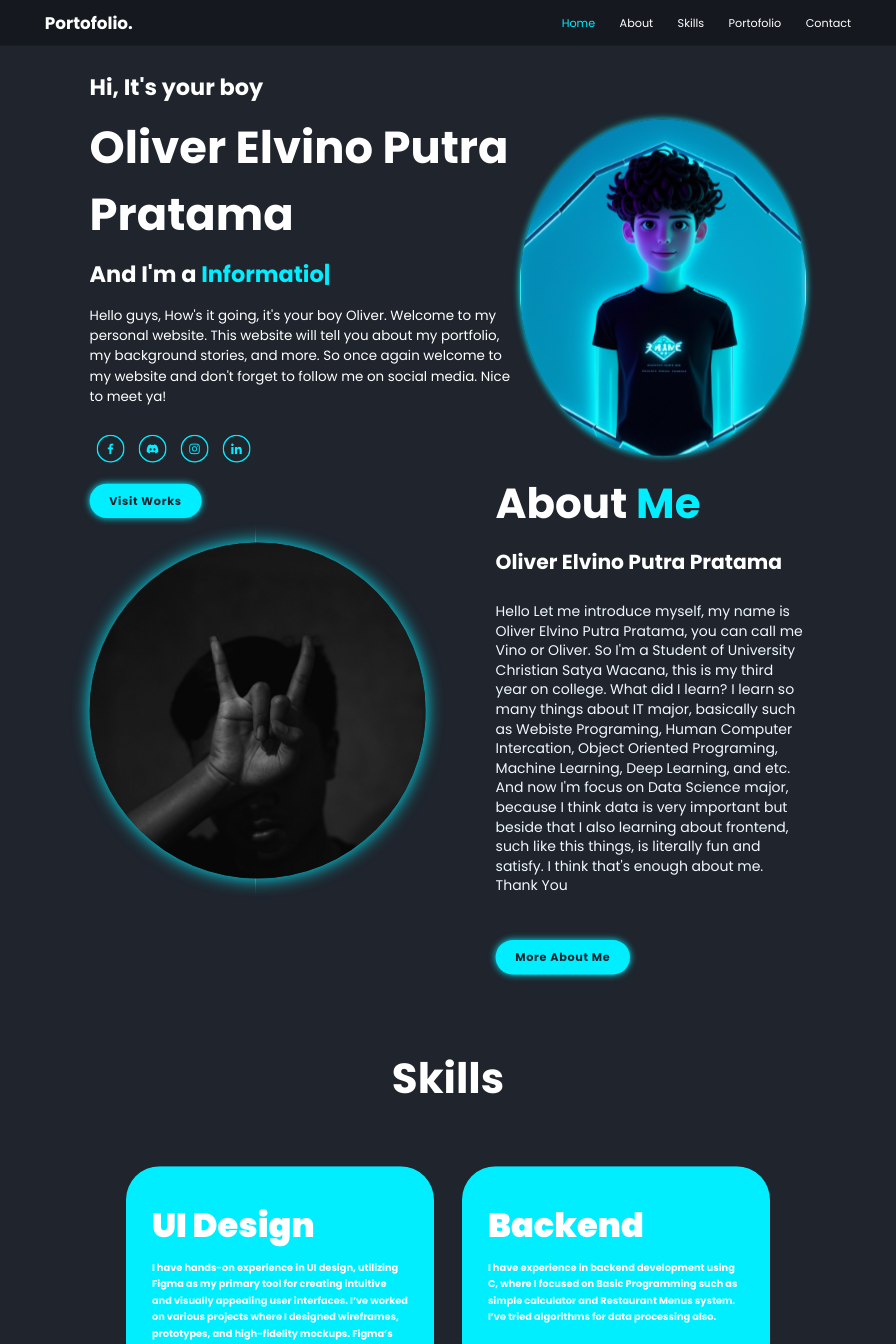
Repository: Olovrelvino/personalWebsite-HtmlCssJs-project
Page: main.html
The author's editor kept a copy of each file at every save. The page is drawn from the files as they stood at one save, then again after the next save.
The browser window is 1280 px wide. The pictures show the part of the page from y = 0 to 1920 px (the page is 3600 px tall before and 3753 px after), at 70% of full size.
Some web libraries are served in a nearby version.

Above is the page before, as saved 2024-09-23 22:51:08.

After the next save:
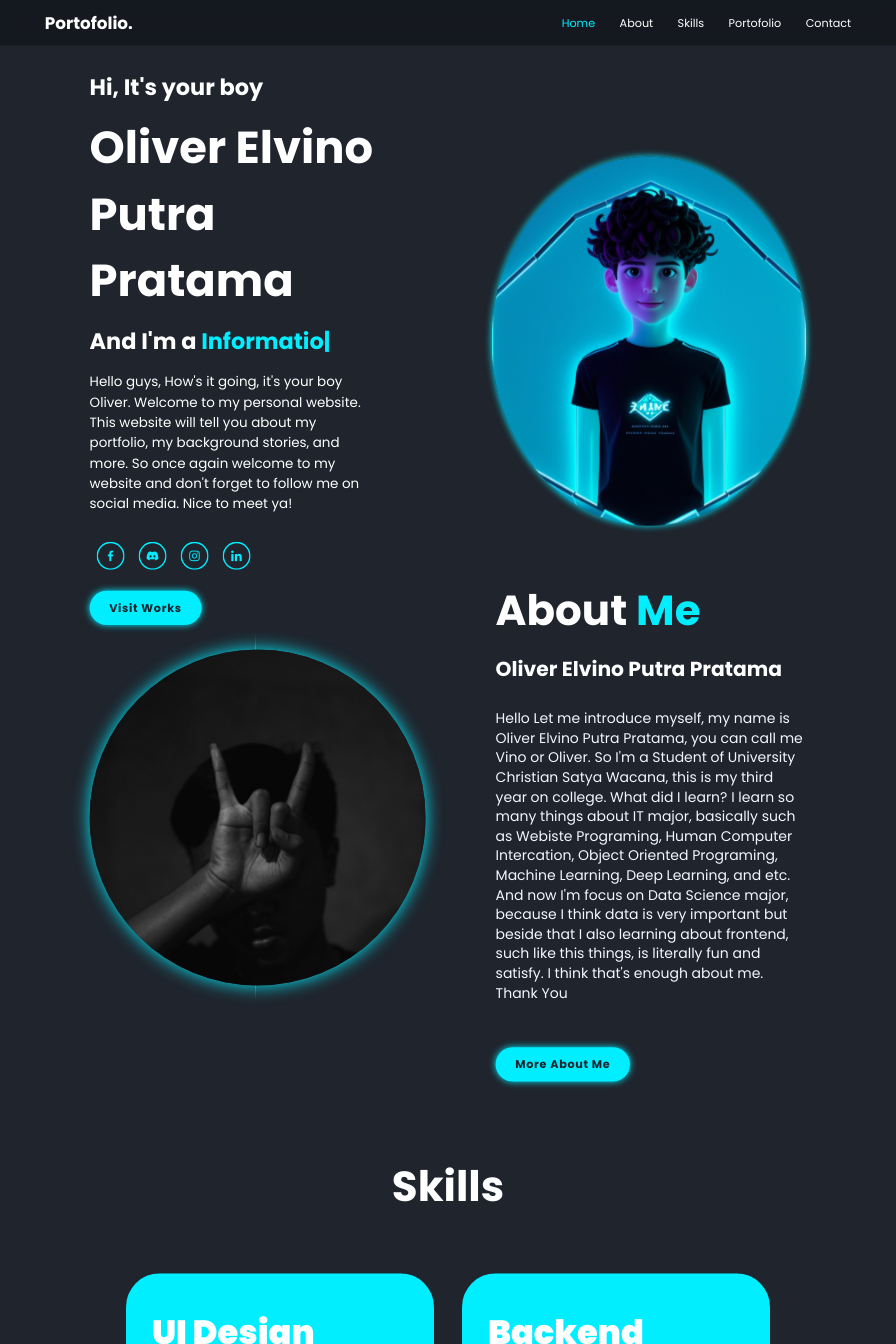
Saved 22 s later.
--- a/style.css
+++ b/style.css
@@ -232,7 +232,7 @@ body {
     }
 
     .home-content {
-      max-width: 60%;
+      max-width: 40%;
       text-align: left;
     }
 
